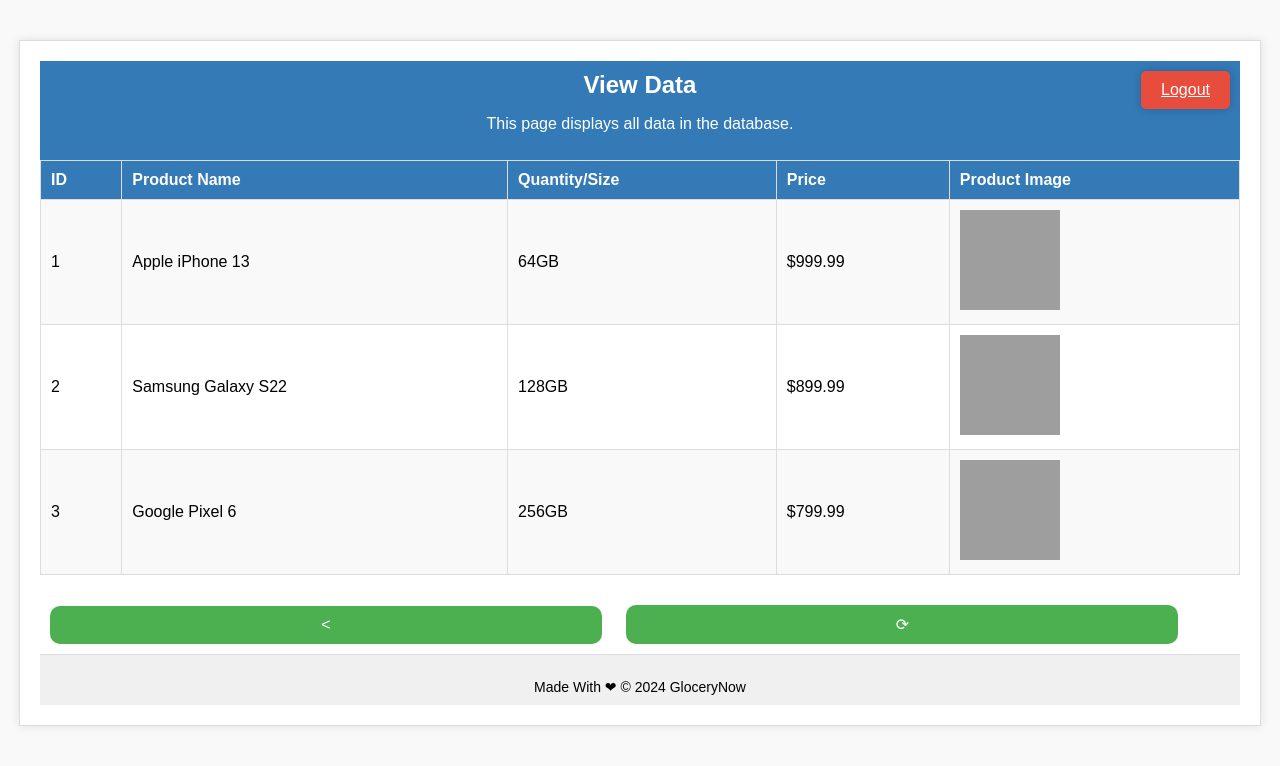
Repository: shamchiwade/GroceryNow
Page: http://localhost/ShopManagement/viewData.jsp
The author's editor kept a copy of each file at every save. The page is drawn from the files as they stood at one save, then again after the next save.
The browser window is 1280 px wide. The pictures show the whole page.
Pictures or frames that could not be fetched are drawn as grey boxes. The page is served by Tomcat 10. Nobody is signed in. The application's start-up code is not run.

Above is the page before, as saved 2024-10-07 19:49:26.

After the next save:
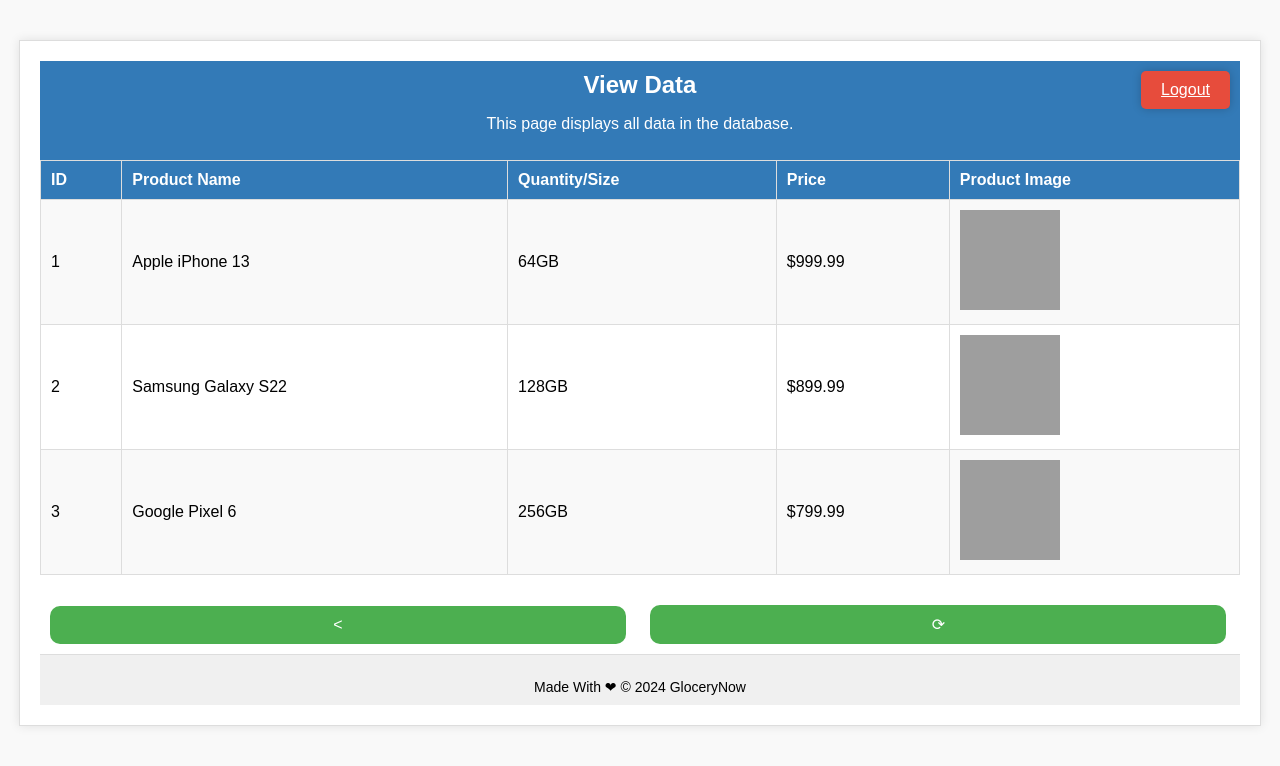
Saved 21 s later.
--- a/ShopManagement/src/main/webapp/viewData.jsp
+++ b/ShopManagement/src/main/webapp/viewData.jsp
@@ -100,7 +100,7 @@
 	color: white;
 	cursor: pointer;
 	background-color: #4CAF50;
-	width: 46%;
+	width: 48%;
 	font-size: 16px;
 	margin: 10px;
 }
